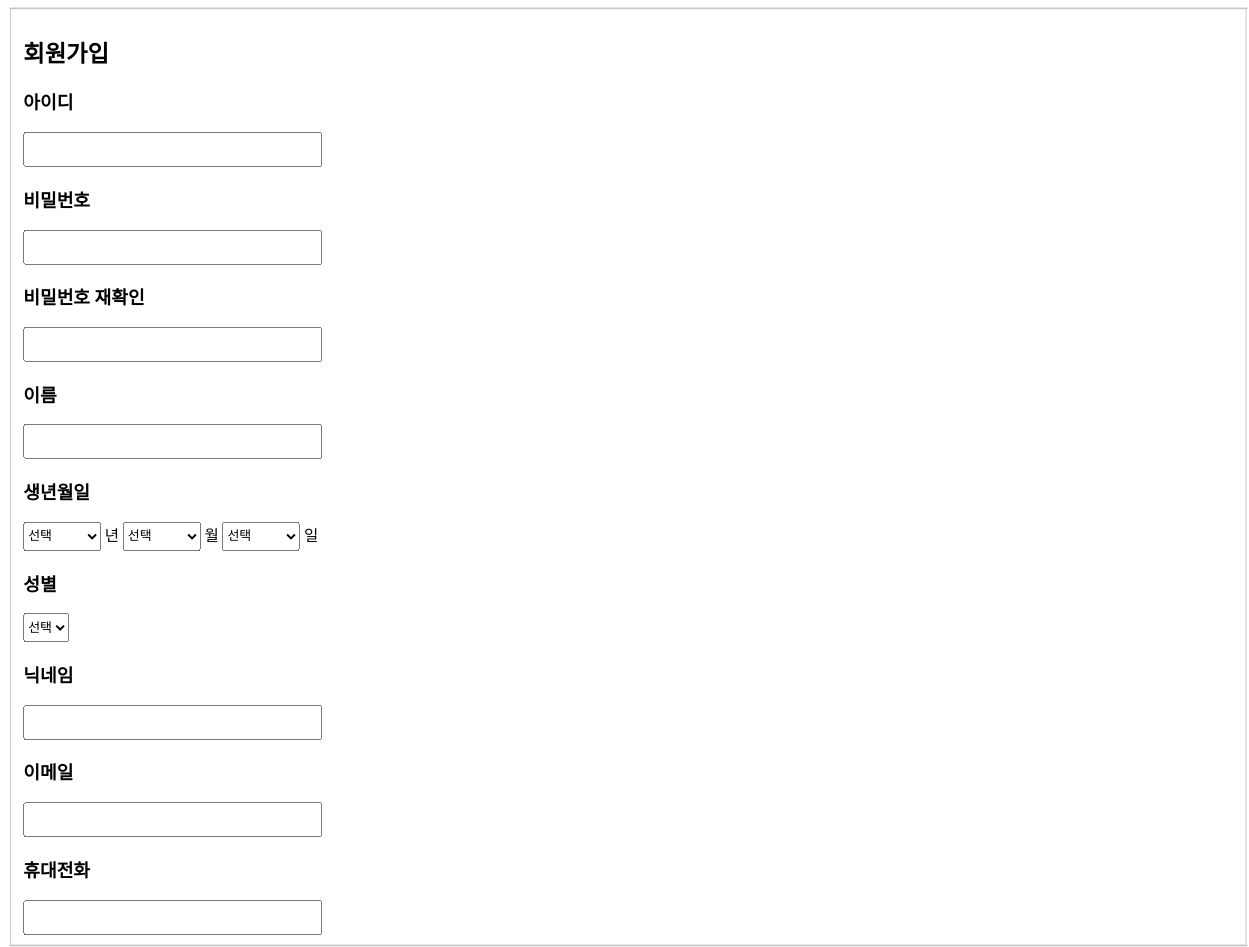
Repository: agheha/trillion
Page: YH/login/login.html
These files come from the project's save history. The page is drawn as it stood at one moment and after a run of saves; the edit follows.
The browser window is 1280 px wide. The page is 1288 px wide, so the pictures cover 1288 px, including what lies to the right of the window. The pictures show the whole page, at 97% of full size.

Above is the page before, as saved 2019-09-03 18:09:29.

After the next 2 saves:
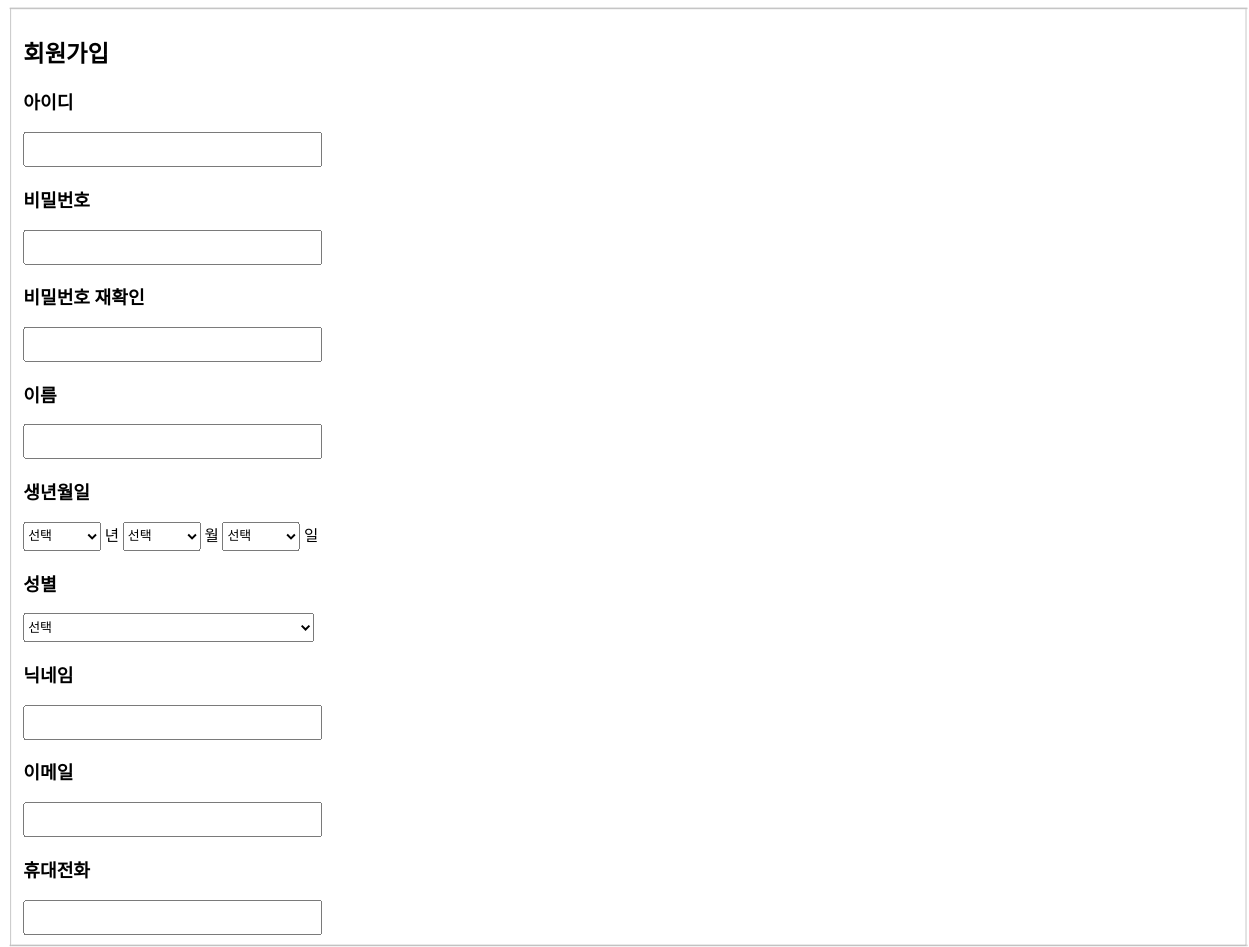
The 2 saves are shown as one change because they came seconds apart.
The last was saved 13 s later.
--- a/YH/login/login.css
+++ b/YH/login/login.css
@@ -9,7 +9,7 @@ input{
 }
 
 #gender{
-    witdh: 300px;
+    width: 300px;
     height: 30px;
 }
 #birth_year,#birth_month,#birth_date {
